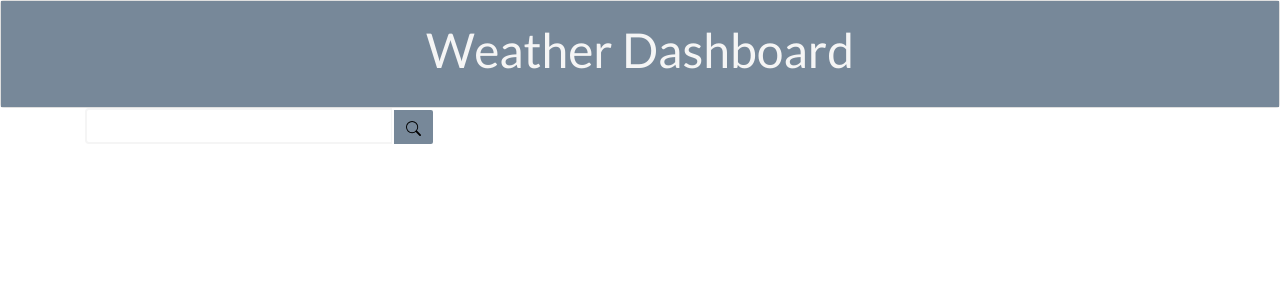
Repository: himaja830/Weather-Dashboard
Page: index.html
An editor plug-in stored every save of this project. The page is shown before and after the next save, followed by the edit.
The browser window is 1280 px wide. The pictures show the whole page.
Some web libraries are served in a nearby version.

Above is the page before, as saved 2020-06-26 15:56:40.

### index.html
<!DOCTYPE html>
<html lang="en">

<head>
    <meta charset="UTF-8">
    <meta name="viewport" content="width=device-width, initial-scale=1.0">
    <title>Weathe Dashboard</title>
    <link rel="stylesheet" href="https://stackpath.bootstrapcdn.com/bootstrap/4.3.1/css/bootstrap.min.css" />
    <link href="https://stackpath.bootstrapcdn.com/bootswatch/4.5.0/flatly/bootstrap.min.css" rel="stylesheet"
        integrity="sha384-mhpbKVUOPCSocLzx2ElRISIORFRwr1ZbO9bAlowgM5kO7hnpRBe+brVj8NNPUiFs" crossorigin="anonymous">
    <link rel="stylesheet" href="https://use.fontawesome.com/releases/v5.8.1/css/all.css"
        integrity="sha384-50oBUHEmvpQ+1lW4y57PTFmhCaXp0ML5d60M1M7uH2+nqUivzIebhndOJK28anvf" crossorigin="anonymous" />
    <link rel="stylesheet" href="assets/style.css">
</head>
<body>
<div class="card">
    <div class="card-body">
        <h1>Weather Dashboard</h1>
    </div>
</div>
<div class="container">
    <div class="row">
       <div class="col-sm-4">
        <div class="input-group mb-3">
            <input type="text" class="form-control"  aria-label="" aria-describedby="button-addon2">
            <div class="input-group-append">
              <button class="btn btn-outline-secondary" type="button" id="button-addon2"><svg class="bi bi-search" width="1em" height="1em" viewBox="0 0 16 16" fill="currentColor" xmlns="http://www.w3.org/2000/svg">
                <path fill-rule="evenodd" d="M10.442 10.442a1 1 0 0 1 1.415 0l3.85 3.85a1 1 0 0 1-1.414 1.415l-3.85-3.85a1 1 0 0 1 0-1.415z"/>
                <path fill-rule="evenodd" d="M6.5 12a5.5 5.5 0 1 0 0-11 5.5 5.5 0 0 0 0 11zM13 6.5a6.5 6.5 0 1 1-13 0 6.5 6.5 0 0 1 13 0z"/>
              </svg>
            </button>
            </div>
          </div>
          </div>
      <div class="col-sm-8">
    </div>
</div>
</div>
</body>

</html>

### assets/style.css
.card-body {
    background-color: lightslategray;
    text-align: center;
    color:whitesmoke;
}
.btn-outline-secondary {
    color:black;
    background-color: lightslategray;
    border: 2px solid white;

}
.form-control {
    border: 2px solid whitesmoke;
}
#searchList{
    width: 5px;
}

After the next save:
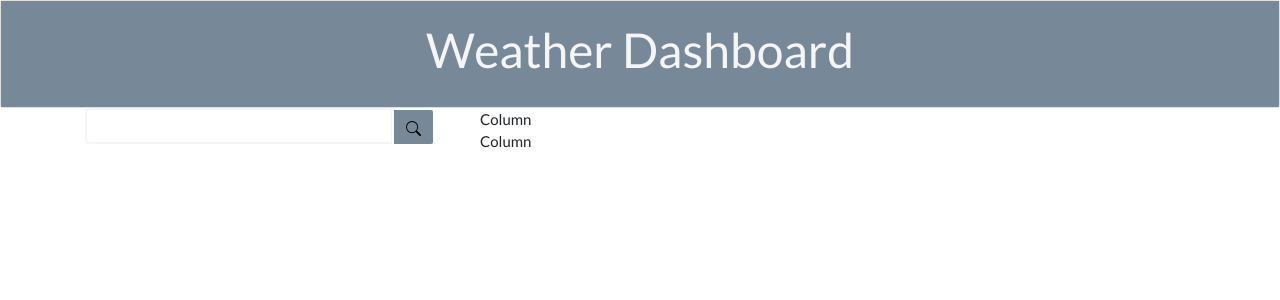
Saved 5 min 52 s later.
--- a/index.html
+++ b/index.html
@@ -33,6 +33,11 @@
           </div>
           </div>
       <div class="col-sm-8">
+        <div class="col">Column</div>
+        <div class="w-100"></div>
+        <div class="col">Column</div>
+
+
     </div>
 </div>
 </div>
